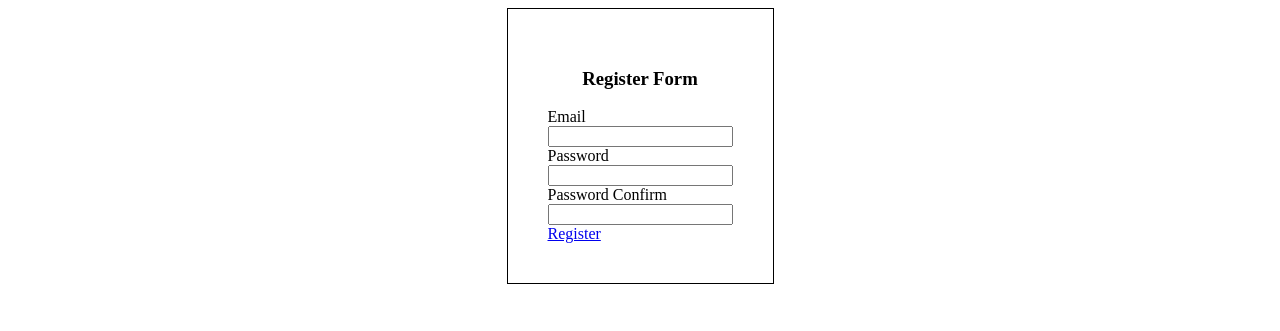
Repository: nptg3105/Register-form
Page: index.html
The author's editor kept a copy of each file at every save. The page is drawn from the files as they stood at one save, then again after the next save.
The browser window is 1280 px wide. The pictures show the whole page.
Some web libraries are served in a nearby version.

Above is the page before, as saved 2022-01-05 21:47:37.

### index.html
<!DOCTYPE html>
<html lang="en">
  <head>
    <meta charset="UTF-8" />
    <meta http-equiv="X-UA-Compatible" content="IE=edge" />
    <meta name="viewport" content="width=device-width, initial-scale=1.0" />
    <title>Document</title>
    <link rel="stylesheet" href="style.css" />
  </head>
  <body>
    <div id="register-form"></div>

    <script
      src="https://unpkg.com/react@17/umd/react.production.min.js"
      crossorigin
    ></script>
    <script
      src="https://unpkg.com/react-dom@17/umd/react-dom.production.min.js"
      crossorigin
    ></script>
    <script src="https://unpkg.com/babel-standalone@6/babel.min.js"></script>
    <script type="text/babel" src="main.js"></script>
  </body>
</html>

### style.css
.register {
  background-color: #fff;
  max-width: max-content;
  margin: 0 auto;
  padding: 40px;
  border: 1px solid #000;
}
.title {
  text-align: center;
}

### main.js
const registerForm = document.querySelector("#register-form");
const form = (
  <div className="register">
    <h3 className="title">Register Form</h3>
    <form>
      <label for="email">Email</label>
      <br />
      <input type="email" id="email" name="mail" />
      <br />
      <label for="password">Password</label>
      <br />
      <input type="password" id="password" name="pass" />
      <br />
      <label for="password-confirm">Password Confirm</label>
      <br />
      <input type="password" id="password-confirm" name="pass-confirm" />
    </form>
    <a href="#">Register</a>
  </div>
);
ReactDOM.render(form, registerForm);

After the next save:
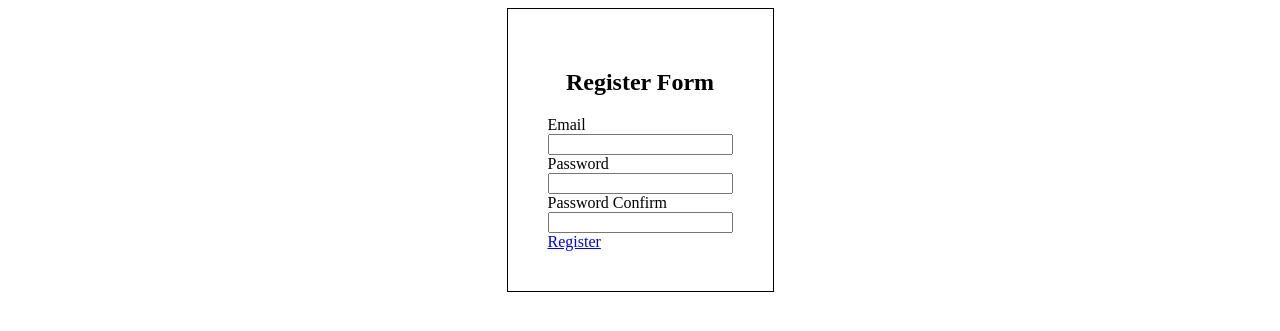
Saved 8 s later.
--- a/main.js
+++ b/main.js
@@ -1,7 +1,7 @@
 const registerForm = document.querySelector("#register-form");
 const form = (
   <div className="register">
-    <h3 className="title">Register Form</h3>
+    <h2 className="title">Register Form</h2>
     <form>
       <label for="email">Email</label>
       <br />
